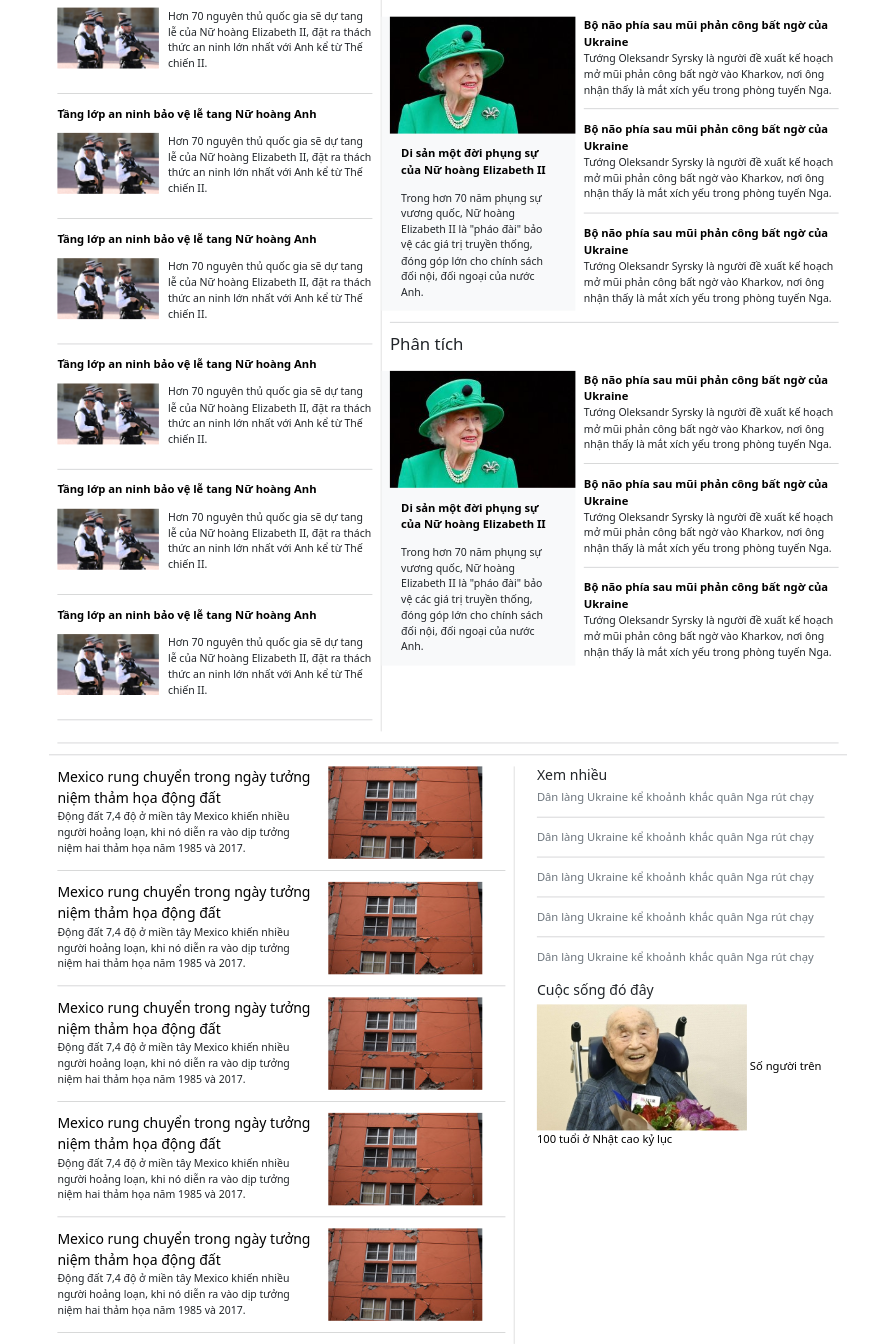
Repository: trongtamdev/lession1_html_sleepcloud
Page: vnExpress.html
An editor plug-in stored every save of this project. The page is shown before and after the next save, followed by the edit.
The browser window is 1280 px wide. The pictures show the part of the page from y = 707 to 2627 px (the page is 2627 px tall), at 70% of full size.

Above is the page before, as saved 2022-09-20 15:35:32.

After the next save:
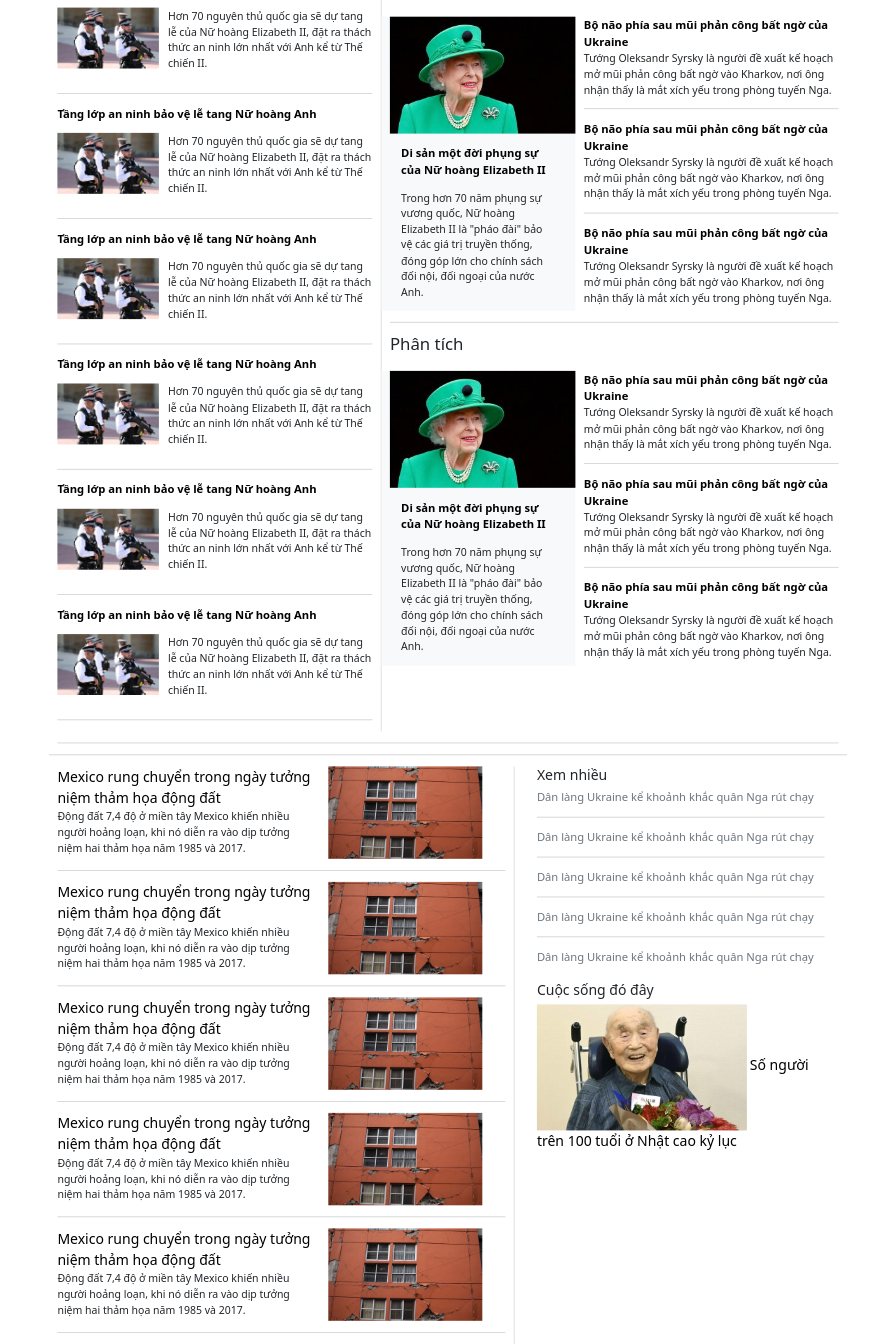
Saved 61 s later.
--- a/vnExpress.html
+++ b/vnExpress.html
@@ -497,7 +497,7 @@
               <h5>Cuộc sống đó đây</h5>
               <div class="">
                 <img src="./assets/vnEpressImage/side-content-medium.jpg" />
-                <a class="title-post">Số người trên 100 tuổi ở Nhật cao kỷ lục</a>
+                <a class="title-content">Số người trên 100 tuổi ở Nhật cao kỷ lục</a>
               </div>
             </div>
           </div>
